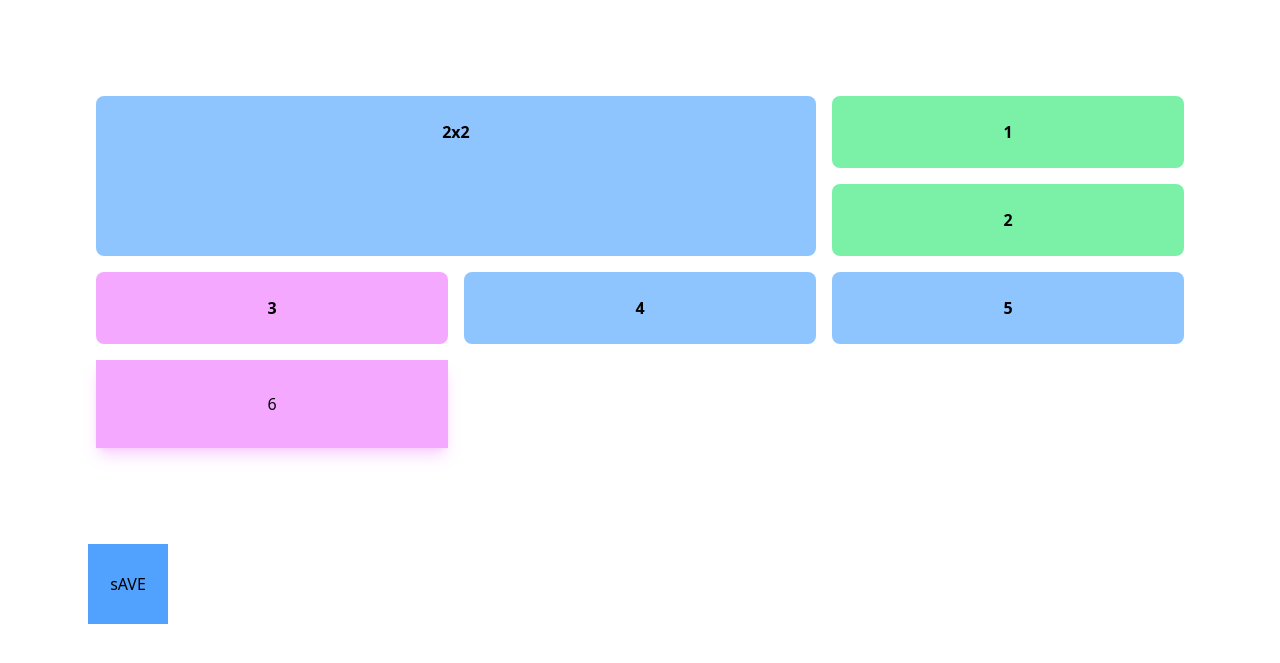
Repository: Abdulahi338/TailwindCss-exercise
Page: Exercise3/index.html
An editor plug-in stored every save of this project. The page is shown before and after a run of saves, followed by the edit.
The browser window is 1280 px wide. The pictures show the whole page.

Above is the page before, as saved 2025-08-12 17:57:20.

After the next 3 saves:
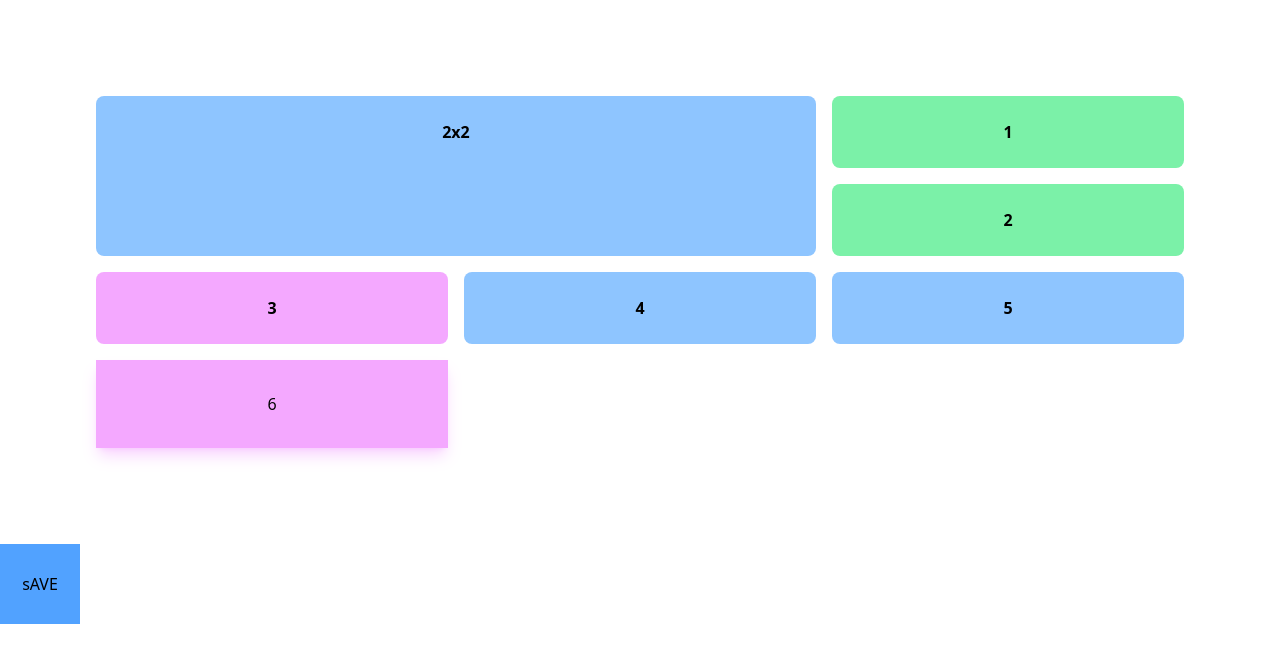
The 3 saves are shown as one change because they came seconds apart.
The last was saved 8 s later.
--- a/Exercise3/index.html
+++ b/Exercise3/index.html
@@ -19,7 +19,7 @@
         <div class="bg-fuchsia-300 p-8 font-med shadow-lg shadow-fuchsia-300/50">6</div>
 
     </div>
-            <button class="ml-22 w-[80px] h-[80px] bg-blue-400">sAVE</button>
+            <button class="ml- w-[80px] h-[80px] bg-blue-400">sAVE</button>
 
 
 
